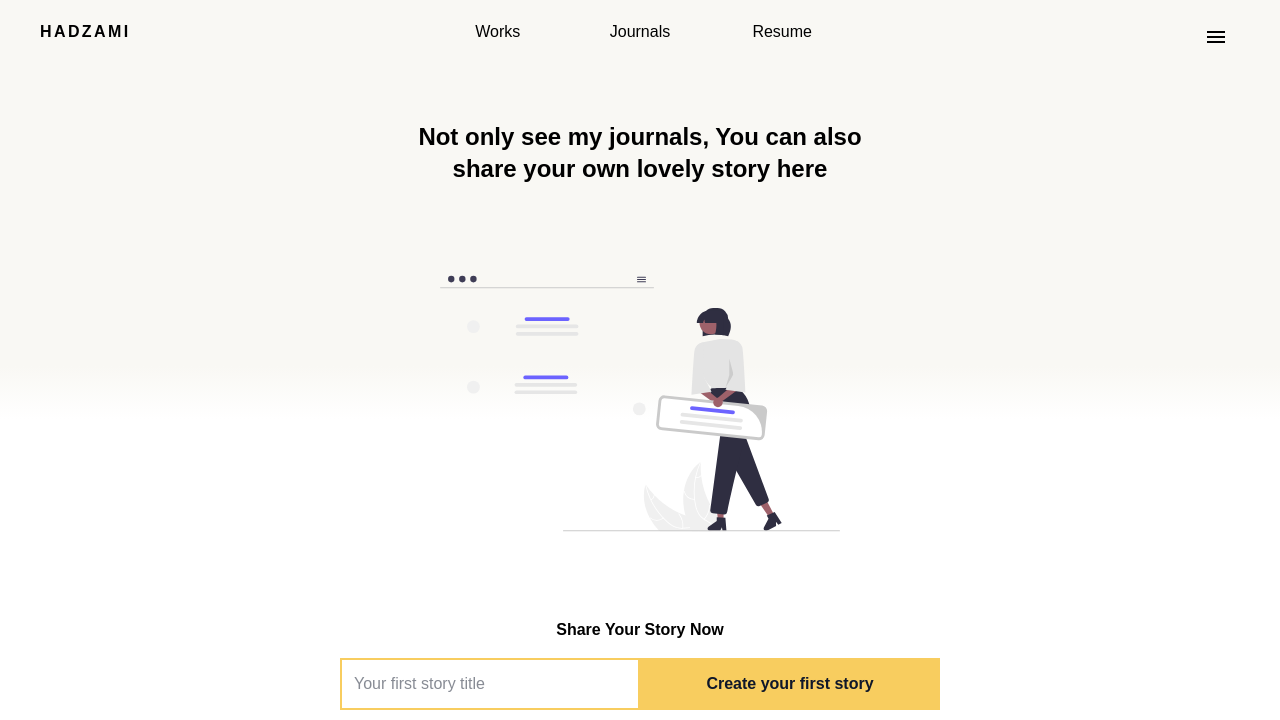
Repository: hadhaz/Personal-Web
Page: /
These files come from the project's save history. The page is drawn as it stood at one moment and after the next save; the edit follows.
The browser window is 1280 px wide. The pictures show the whole page.
The page's requests for data from a server got no answer. An inner scrolling area shows only its first screen. Some web fonts or font styles are not loaded; a fallback is used. The project was rebuilt for these pictures with package versions that can differ from the ones it lists, and the page was loaded fresh each time. The framework's server and built-in components were replaced by stand-ins that run in the browser. No one was signed in, and anything a server would have sent is missing. Also part of the build but not shown: next.config.js, pages/index.module.css.

Above is the page before, as saved 2023-06-29 05:24:57.

### pages/_app.tsx
import "../styles/globals.css";
import type { AppProps } from "next/app";
import { UIContextProvider } from "../components/ui/context";

function MyApp({ Component, pageProps }: AppProps) {
  return (
    <UIContextProvider>
        <Component {...pageProps} />
    </UIContextProvider>
  );
}

export default MyApp;

### pages/_document.tsx
import Document, { Html, Main, Head, NextScript } from "next/document";

class MyDocument extends Document {
  render() {
    return (
      <Html>
        <Head />
        <body>
          <Main />
          <div id='modal-overlay'></div>
          <NextScript />
        </body>
      </Html>
    );
  }
}

export default MyDocument;

### pages/index.tsx
import type { NextPage } from "next";
import React from "react";
import s from "./index.module.css";
import { Grid } from "@mui/material";
import Image from "next/image";
import { ContactForm } from "../components/commons/Form";

const Home: NextPage = () => {
  function createStoryHandler(event: React.FormEvent) {
    event.preventDefault();
    alert("OK");
  }

  return (
    <div className={s.root + "z-50"}>
      <Grid container className='font-europa'>
        <Grid
          container
          item
          className='bg-hero dark:bg-hero-dark max-w-7xl mx-auto'
        >
          <div className='flex w-full justify-center pt-12 pb-10 lg:pb-5 mb-4'>
            <h1 className='text-xl lg:text-2xl text-center w-[90%] sm:w-[444px] md:w-[480px] font-bold'>
              Not only see my journals, You can also share your own lovely story
              here
            </h1>
          </div>
          <div className='relative mb-5 mx-auto z-20 w-[330px] h-[250px] lg:w-[400px] lg:h-[365px]'>
            <Image src={"/hero.svg"} layout='fill' alt='share story images' />
          </div>
        </Grid>
        <Grid
          container
          item
          className='pb-8 bg-white dark:bg-slate-800 max-w-7xl mx-auto'
        >
          <form className='mx-auto mt-3' onSubmit={createStoryHandler}>
            <h2 className='text-center font-semibold mb-4'>
              Share Your Story Now
            </h2>
            <div className='flex flex-col md:flex-row w-[95%] mx-auto sm:w-[444px] md:w-[600px]'>
              <input
                type='text'
                className='basis-1/2 w-full dark:bg-slate-800 p-3 border-2 border-yellow-custom placeholder-opacity-50 dark:placeholder-opacity-80 placeholder-slate-900 dark:placeholder-slate-100 dark:border-blue-gray outline-none'
                placeholder='Your first story title'
              />{" "}
              <button
                type='submit'
                className='basis-1/2 p-3 border-2 border-transparent dark:text-sky-900 font-semibold bg-yellow-custom dark:bg-blue-gray  text-slate-900'
              >
                Create your first story
              </button>
            </div>
            <div className='text-center w-[90%] mx-auto sm:w-[444px] md:w-[600px] mt-9 py-10'>
              <blockquote className='md:text-lg'>
                &quot;The simple act of writing something down lets your brain
                know you want to remember it. That&apos;s why note-taking is
                such an effective practice when learning something new.&quot;
              </blockquote>
            </div>
          </form>
        </Grid>
        <Grid
          item
          container
          className='max-w-7xl mx-auto border-y bg-white dark:bg-slate-800'
        >
          <Grid item xs={12} md={6} className='md:border-r md:py-20'>
            <div className='flex flex-col gap-5 w-[90%] md:w-[70%] border-b md:border-none py-10 mx-auto'>
              <h1 className='text-inconsolata font-bold text-lg md:text-xl'>
                Hi, I&apos;m Hadzami.
              </h1>
              <p>
                I&apos;m Computer Science Students at Gadjah Mada University
                entering my 3rd Semester and currently active contribute at
                HIMAKOM UGM and Software Reseacrh & Development Staff at
                Komatik.
              </p>
              <p>
                Currently, I&apos;m strongly dedicate my time for learning
                Fullstack Development with <strong>Next JS</strong> without
                forgetting my responsibilites as a Vice Project Officer of LDK
                MAKOMTI 2022 and Project Officer of MMIK Himakom 2022.
              </p>
              <p>
                In addition, recently I have also started a new habit of writing
                journals, essays, and reading insightful books. This new habit
                that encourages me to develop this beloved website.
              </p>
            </div>
          </Grid>
          <Grid item xs={12} md={6} className='md:py-20'>
            <div className='flex flex-col gap-5 w-[90%] md:w-[70%] py-10 mx-auto text-sm'>
              <div className='flex flex-col gap-2'>
                <h2 className='font-semibold text-lg md:text-xl mb-2'>
                  Read the latest journals:
                </h2>
                <article>
                  <h4 className='text-grayfont'>MACHINE LEARNING</h4>
                  <p className='underline'>
                    I started to be interest in studying data science
                  </p>
                </article>
                <article>
                  <h4 className='text-grayfont'>PUBLIC SPEAKING</h4>
                  <p className='underline'>
                    I need more hours to improve my public speaking
                  </p>
                </article>
                <article>
                  <h4 className='text-grayfont'>LOVE STORY</h4>
                  <p className='underline'>
                    I fall in deep love with my old father
                  </p>
                </article>
              </div>
              <div className='flex flex-col gap-2'>
                <h2 className='font-semibold text-lg md:text-xl mt-4 mb-1'>
                  Browse my popular friend&apos;s story:
                </h2>
                <article className='underline'>
                  Hadzami from my prespective
                </article>
                <article className='underline'>
                  Jogja is special city that holds a lot of longing
                </article>
                <article className='underline'>
                  Baciro, Satria Mandala, and Duo Burjo
                </article>
              </div>
            </div>
          </Grid>
        </Grid>
        <ContactForm />
      </Grid>
    </div>
  );
};

export default Home;

### styles/globals.css
@import url("https://fonts.googleapis.com/css2?family=Poppins:wght@400;500;600;700&display=swap");
@tailwind base;
@tailwind components;
@tailwind utilities;

@font-face {
  font-family: "Europa";
  src: url("/Europa.woff");
}

* {
  overflow-x: hidden;
}
html {
  @apply h-full font-europa;
}
body {
  @apply h-full;
}
div#__next {
  @apply h-full;
}
main {
  @apply h-full;
}

### components/commons/Form/index.ts
export { default as ContactForm } from "./ContactForm";

### components/commons/Navbar/MainHeader.tsx
import DesktopNav from "./device/DesktopNav";
import MobileNav from "./device/MobileNav";

const MainHeader: React.FC = () => {
  return (
    <>
      <DesktopNav />
      <MobileNav />
    </>
  );
};

export default MainHeader;

### components/navlink/index.tsx
import React, { FC } from "react";
import Link from "next/link";
import { useRouter } from "next/router";

type NavType = FC<{
  children: React.ReactNode;
  href: string;
  activeStyle?: any;
  className?: any;
}>;

// this component active just used for tailwind css

const NavLink: NavType = ({ children, href, activeStyle, className }) => {
  const router = useRouter();

  activeStyle = activeStyle ? activeStyle : "underline";
  const styles = className ? activeStyle + " " + className : activeStyle;

  const active = router.pathname === href ? true : false;
  return (
    <Link href={href}>
      <a className={active ? styles : className}>{children}</a>
    </Link>
  );
};

export default NavLink;

### components/portal/index.tsx
import React, { FC, useEffect, useState } from "react";
import { createPortal } from "react-dom";

const Portal: FC<{ children: React.ReactNode; id?: string }> = ({
  children,
  id,
}) => {
  const [mounted, setMounted] = useState(false);

  useEffect(() => {
    setMounted(true);

    return () => setMounted(false);
  }, []);

  id = id ? id : "modal-overlay";
  return mounted
    ? createPortal(children, document.querySelector("#" + id) as HTMLElement)
    : null;
};

export default Portal;

Loaded but not shown: components/commons/Layout/index.ts (common file); tailwind.config.js (64 lines, source omitted); components/commons/Form/ContactForm.tsx (261 lines, source omitted); components/commons/Navbar/device/DesktopNav.tsx (190 lines, source omitted); components/commons/Navbar/device/MobileNav.tsx (119 lines, source omitted); components/commons/Layout/Layout.tsx (73 lines, source omitted); components/ui/context.tsx (88 lines, source omitted)

After the next save:
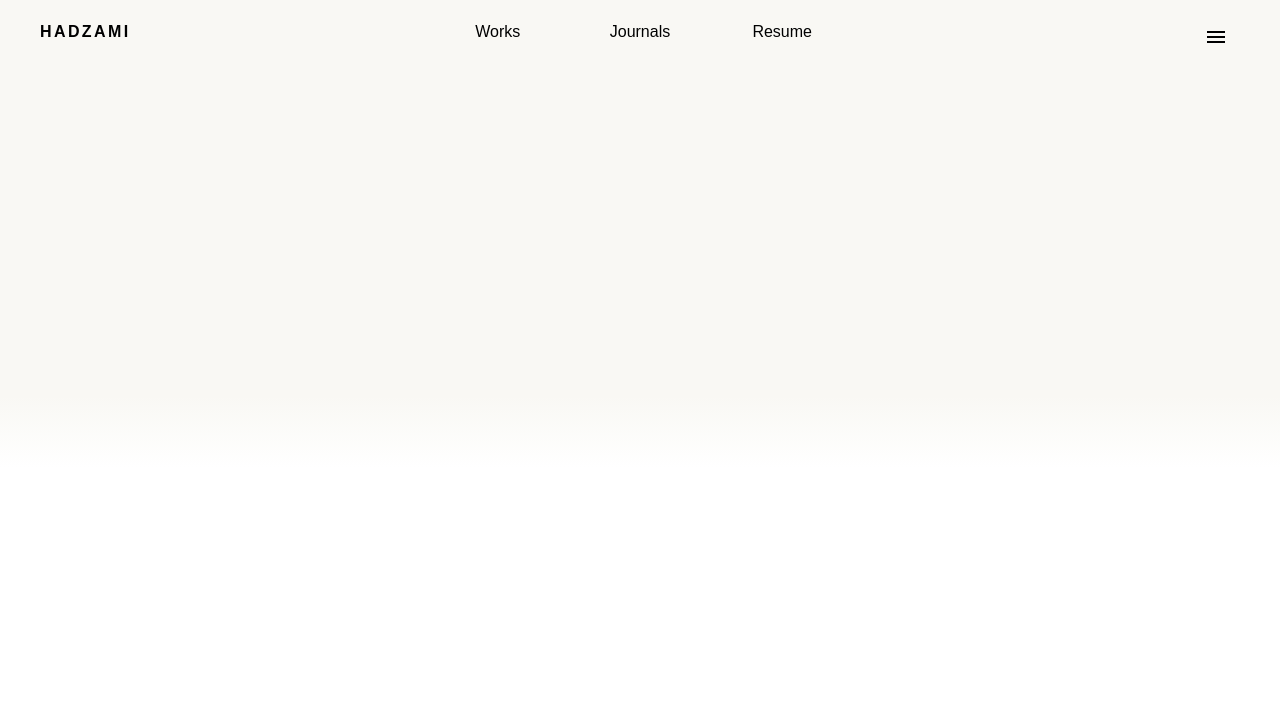
Saved 3 h 37 min later.
--- a/pages/index.tsx
+++ b/pages/index.tsx
@@ -12,128 +12,7 @@
   }
 
   return (
-    <div className={s.root + "z-50"}>
-      <Grid container className='font-europa'>
-        <Grid
-          container
-          item
-          className='bg-hero dark:bg-hero-dark max-w-7xl mx-auto'
-        >
-          <div className='flex w-full justify-center pt-12 pb-10 lg:pb-5 mb-4'>
-            <h1 className='text-xl lg:text-2xl text-center w-[90%] sm:w-[444px] md:w-[480px] font-bold'>
-              Not only see my journals, You can also share your own lovely story
-              here
-            </h1>
-          </div>
-          <div className='relative mb-5 mx-auto z-20 w-[330px] h-[250px] lg:w-[400px] lg:h-[365px]'>
-            <Image src={"/hero.svg"} layout='fill' alt='share story images' />
-          </div>
-        </Grid>
-        <Grid
-          container
-          item
-          className='pb-8 bg-white dark:bg-slate-800 max-w-7xl mx-auto'
-        >
-          <form className='mx-auto mt-3' onSubmit={createStoryHandler}>
-            <h2 className='text-center font-semibold mb-4'>
-              Share Your Story Now
-            </h2>
-            <div className='flex flex-col md:flex-row w-[95%] mx-auto sm:w-[444px] md:w-[600px]'>
-              <input
-                type='text'
-                className='basis-1/2 w-full dark:bg-slate-800 p-3 border-2 border-yellow-custom placeholder-opacity-50 dark:placeholder-opacity-80 placeholder-slate-900 dark:placeholder-slate-100 dark:border-blue-gray outline-none'
-                placeholder='Your first story title'
-              />{" "}
-              <button
-                type='submit'
-                className='basis-1/2 p-3 border-2 border-transparent dark:text-sky-900 font-semibold bg-yellow-custom dark:bg-blue-gray  text-slate-900'
-              >
-                Create your first story
-              </button>
-            </div>
-            <div className='text-center w-[90%] mx-auto sm:w-[444px] md:w-[600px] mt-9 py-10'>
-              <blockquote className='md:text-lg'>
-                &quot;The simple act of writing something down lets your brain
-                know you want to remember it. That&apos;s why note-taking is
-                such an effective practice when learning something new.&quot;
-              </blockquote>
-            </div>
-          </form>
-        </Grid>
-        <Grid
-          item
-          container
-          className='max-w-7xl mx-auto border-y bg-white dark:bg-slate-800'
-        >
-          <Grid item xs={12} md={6} className='md:border-r md:py-20'>
-            <div className='flex flex-col gap-5 w-[90%] md:w-[70%] border-b md:border-none py-10 mx-auto'>
-              <h1 className='text-inconsolata font-bold text-lg md:text-xl'>
-                Hi, I&apos;m Hadzami.
-              </h1>
-              <p>
-                I&apos;m Computer Science Students at Gadjah Mada University
-                entering my 3rd Semester and currently active contribute at
-                HIMAKOM UGM and Software Reseacrh & Development Staff at
-                Komatik.
-              </p>
-              <p>
-                Currently, I&apos;m strongly dedicate my time for learning
-                Fullstack Development with <strong>Next JS</strong> without
-                forgetting my responsibilites as a Vice Project Officer of LDK
-                MAKOMTI 2022 and Project Officer of MMIK Himakom 2022.
-              </p>
-              <p>
-                In addition, recently I have also started a new habit of writing
-                journals, essays, and reading insightful books. This new habit
-                that encourages me to develop this beloved website.
-              </p>
-            </div>
-          </Grid>
-          <Grid item xs={12} md={6} className='md:py-20'>
-            <div className='flex flex-col gap-5 w-[90%] md:w-[70%] py-10 mx-auto text-sm'>
-              <div className='flex flex-col gap-2'>
-                <h2 className='font-semibold text-lg md:text-xl mb-2'>
-                  Read the latest journals:
-                </h2>
-                <article>
-                  <h4 className='text-grayfont'>MACHINE LEARNING</h4>
-                  <p className='underline'>
-                    I started to be interest in studying data science
-                  </p>
-                </article>
-                <article>
-                  <h4 className='text-grayfont'>PUBLIC SPEAKING</h4>
-                  <p className='underline'>
-                    I need more hours to improve my public speaking
-                  </p>
-                </article>
-                <article>
-                  <h4 className='text-grayfont'>LOVE STORY</h4>
-                  <p className='underline'>
-                    I fall in deep love with my old father
-                  </p>
-                </article>
-              </div>
-              <div className='flex flex-col gap-2'>
-                <h2 className='font-semibold text-lg md:text-xl mt-4 mb-1'>
-                  Browse my popular friend&apos;s story:
-                </h2>
-                <article className='underline'>
-                  Hadzami from my prespective
-                </article>
-                <article className='underline'>
-                  Jogja is special city that holds a lot of longing
-                </article>
-                <article className='underline'>
-                  Baciro, Satria Mandala, and Duo Burjo
-                </article>
-              </div>
-            </div>
-          </Grid>
-        </Grid>
-        <ContactForm />
-      </Grid>
-    </div>
+<></>
   );
 };
 

After the save that followed:
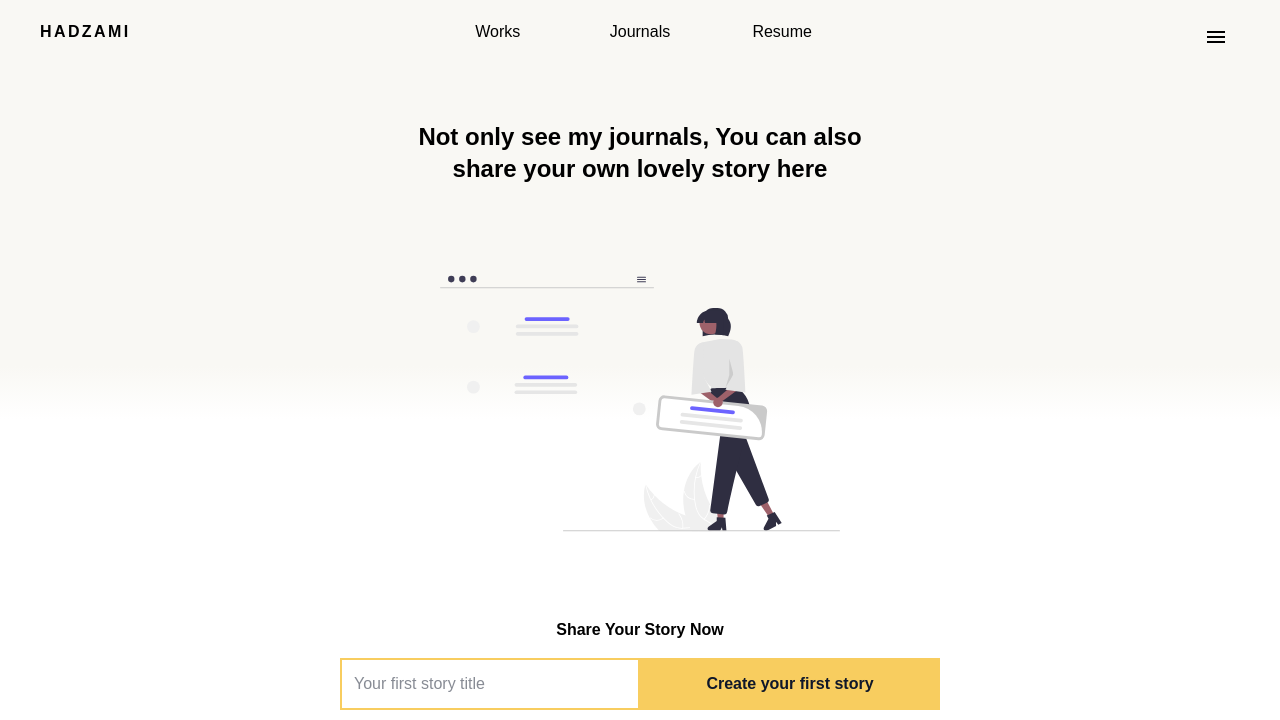
Saved 2 min 5 s later.
--- a/pages/index.tsx
+++ b/pages/index.tsx
@@ -1,5 +1,5 @@
 import type { NextPage } from "next";
-import React from "react";
+import React, { useEffect } from "react";
 import s from "./index.module.css";
 import { Grid } from "@mui/material";
 import Image from "next/image";
@@ -11,8 +11,133 @@
     alert("OK");
   }
 
+  useEffect(() => {
+
+  }, [])
+
   return (
-<></>
+    <div className={s.root + "z-50"}>
+      <Grid container className='font-europa'>
+        <Grid
+          container
+          item
+          className='bg-hero dark:bg-hero-dark max-w-7xl mx-auto'
+        >
+          <div className='flex w-full justify-center pt-12 pb-10 lg:pb-5 mb-4'>
+            <h1 className='text-xl lg:text-2xl text-center w-[90%] sm:w-[444px] md:w-[480px] font-bold'>
+              Not only see my journals, You can also share your own lovely story
+              here
+            </h1>
+          </div>
+          <div className='relative mb-5 mx-auto z-20 w-[330px] h-[250px] lg:w-[400px] lg:h-[365px]'>
+            <Image src={"/hero.svg"} layout='fill' alt='share story images' />
+          </div>
+        </Grid>
+        <Grid
+          container
+          item
+          className='pb-8 bg-white dark:bg-slate-800 max-w-7xl mx-auto'
+        >
+          <form className='mx-auto mt-3' onSubmit={createStoryHandler}>
+            <h2 className='text-center font-semibold mb-4'>
+              Share Your Story Now
+            </h2>
+            <div className='flex flex-col md:flex-row w-[95%] mx-auto sm:w-[444px] md:w-[600px]'>
+              <input
+                type='text'
+                className='basis-1/2 w-full dark:bg-slate-800 p-3 border-2 border-yellow-custom placeholder-opacity-50 dark:placeholder-opacity-80 placeholder-slate-900 dark:placeholder-slate-100 dark:border-blue-gray outline-none'
+                placeholder='Your first story title'
+              />{" "}
+              <button
+                type='submit'
+                className='basis-1/2 p-3 border-2 border-transparent dark:text-sky-900 font-semibold bg-yellow-custom dark:bg-blue-gray  text-slate-900'
+              >
+                Create your first story
+              </button>
+            </div>
+            <div className='text-center w-[90%] mx-auto sm:w-[444px] md:w-[600px] mt-9 py-10'>
+              <blockquote className='md:text-lg'>
+                &quot;The simple act of writing something down lets your brain
+                know you want to remember it. That&apos;s why note-taking is
+                such an effective practice when learning something new.&quot;
+              </blockquote>
+            </div>
+          </form>
+        </Grid>
+        <Grid
+          item
+          container
+          className='max-w-7xl mx-auto border-y bg-white dark:bg-slate-800'
+        >
+          <Grid item xs={12} md={6} className='md:border-r md:py-20'>
+            <div className='flex flex-col gap-5 w-[90%] md:w-[70%] border-b md:border-none py-10 mx-auto'>
+              <h1 className='text-inconsolata font-bold text-lg md:text-xl'>
+                Hi, I&apos;m Hadzami.
+              </h1>
+              <p>
+                I&apos;m Computer Science Students at Gadjah Mada University
+                entering my 3rd Semester and currently active contribute at
+                HIMAKOM UGM and Software Reseacrh & Development Staff at
+                Komatik.
+              </p>
+              <p>
+                Currently, I&apos;m strongly dedicate my time for learning
+                Fullstack Development with <strong>Next JS</strong> without
+                forgetting my responsibilites as a Vice Project Officer of LDK
+                MAKOMTI 2022 and Project Officer of MMIK Himakom 2022.
+              </p>
+              <p>
+                In addition, recently I have also started a new habit of writing
+                journals, essays, and reading insightful books. This new habit
+                that encourages me to develop this beloved website.
+              </p>
+            </div>
+          </Grid>
+          <Grid item xs={12} md={6} className='md:py-20'>
+            <div className='flex flex-col gap-5 w-[90%] md:w-[70%] py-10 mx-auto text-sm'>
+              <div className='flex flex-col gap-2'>
+                <h2 className='font-semibold text-lg md:text-xl mb-2'>
+                  Read the latest journals:
+                </h2>
+                <article>
+                  <h4 className='text-grayfont'>MACHINE LEARNING</h4>
+                  <p className='underline'>
+                    I started to be interest in studying data science
+                  </p>
+                </article>
+                <article>
+                  <h4 className='text-grayfont'>PUBLIC SPEAKING</h4>
+                  <p className='underline'>
+                    I need more hours to improve my public speaking
+                  </p>
+                </article>
+                <article>
+                  <h4 className='text-grayfont'>LOVE STORY</h4>
+                  <p className='underline'>
+                    I fall in deep love with my old father
+                  </p>
+                </article>
+              </div>
+              <div className='flex flex-col gap-2'>
+                <h2 className='font-semibold text-lg md:text-xl mt-4 mb-1'>
+                  Browse my popular friend&apos;s story:
+                </h2>
+                <article className='underline'>
+                  Hadzami from my prespective
+                </article>
+                <article className='underline'>
+                  Jogja is special city that holds a lot of longing
+                </article>
+                <article className='underline'>
+                  Baciro, Satria Mandala, and Duo Burjo
+                </article>
+              </div>
+            </div>
+          </Grid>
+        </Grid>
+        <ContactForm />
+      </Grid>
+    </div>
   );
 };
 
